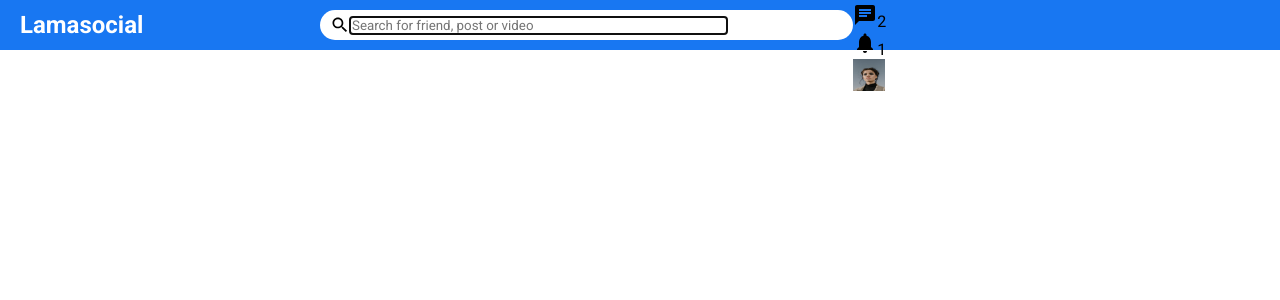
Repository: nazlinres01/react-social
Page: / (app in client/)
An editor plug-in stored every save of this project. The page is shown before and after the next save, followed by the edit.
The browser window is 1280 px wide. The pictures show the whole page.
The first visible `.searchInput` has the focus.
The project was rebuilt for these pictures with package versions that can differ from the ones it lists, and the page was loaded fresh each time.

Above is the page before, as saved 2024-06-07 21:49:14.

After the next save:
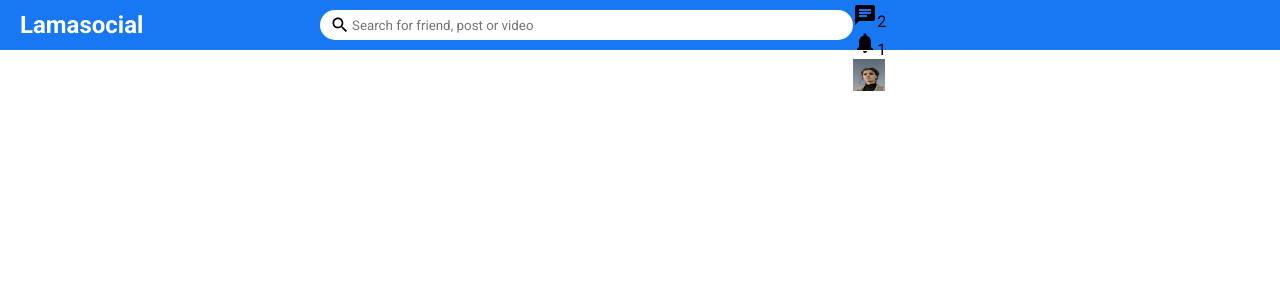
Saved 19 s later.
--- a/client/src/components/topbar/topbar.css
+++ b/client/src/components/topbar/topbar.css
@@ -44,7 +44,7 @@
 }
 
 .searchInput:focus {
-    border: none;
+    outline: none;
 }
 
 .topbarRight {
